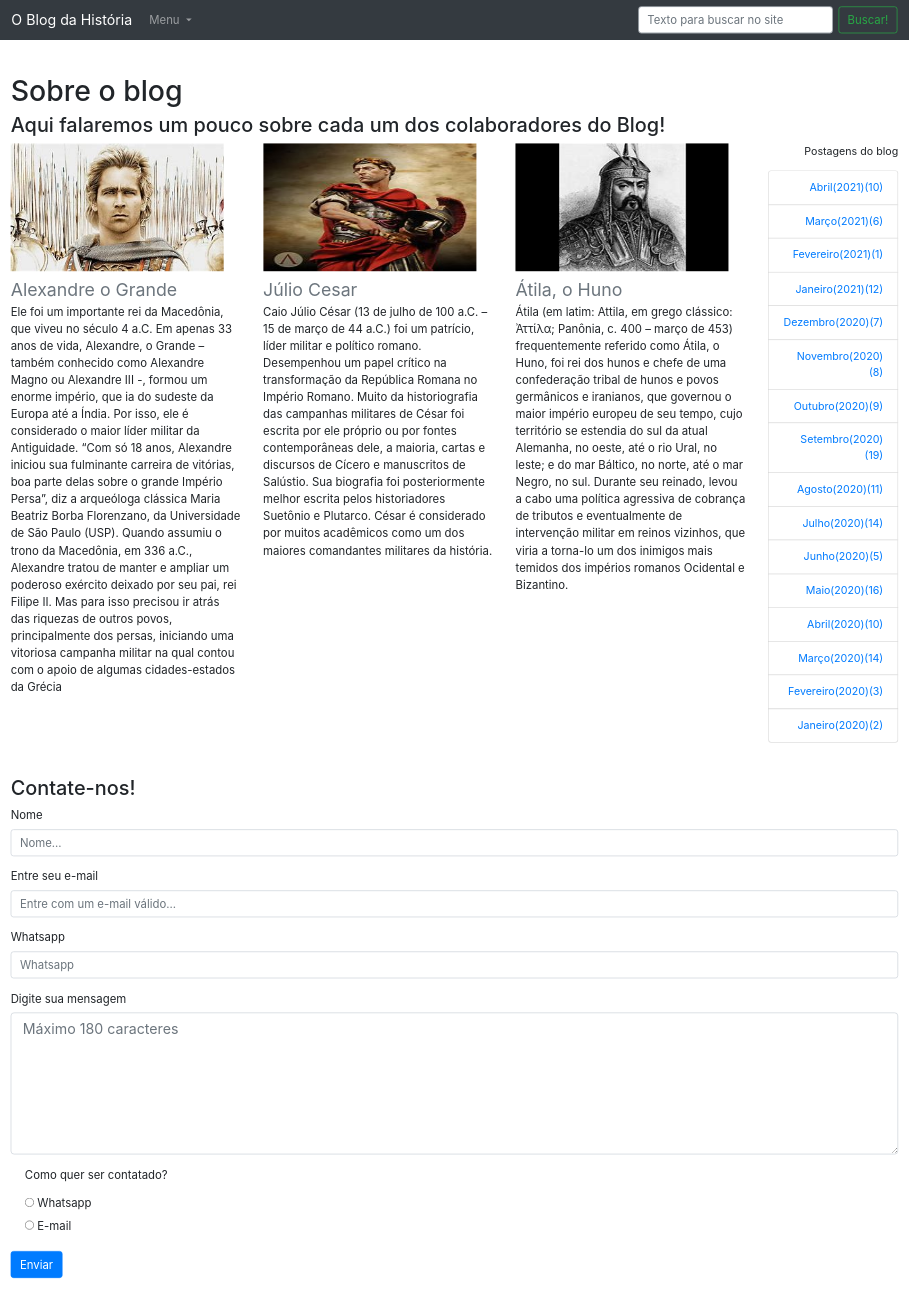
Repository: xhenrique/blog_layout_bootstrap
Page: source/sobre.html
These files come from the project's save history. The page is drawn as it stood at one moment and after the next save; the edit follows.
The browser window is 1280 px wide. The pictures show the whole page, at 71% of full size.

Above is the page before, as saved 2021-04-25 01:49:44.

### source/sobre.html
<!DOCTYPE html>
<html lang="pt-br">
  <head>
    <!-- Meta tags Obrigatórias -->
    <meta charset="utf-8">
    <meta name="viewport" content="width=device-width, initial-scale=1, shrink-to-fit=no">

    <!-- Bootstrap CSS -->
    <link rel="stylesheet" href="https://stackpath.bootstrapcdn.com/bootstrap/4.1.3/css/bootstrap.min.css" integrity="sha384-MCw98/SFnGE8fJT3GXwEOngsV7Zt27NXFoaoApmYm81iuXoPkFOJwJ8ERdknLPMO" crossorigin="anonymous">
    <title>O Blog da História</title>
  </head>
  <body>
    <nav class="navbar navbar-expand-md navbar-dark bg-dark sticky-top">
        <a class = "navbar-brand" href="index.html">O Blog da História</a>

        <!--Especificações do que é cada um dos atributos!!!!!
            "aria-controls": define a relação entre os elementos, um elemento é pai e o outro filho, deve ser definido no pai, relacionando o filho;
            "data-target" : Define o que será exibido quando clicar na opção do menu;
            "data-toggle" : o que vai acontecer quando eu clicar em cima do botão, collapse, por exemplo, faz o botão expandir e retrair as opções;
            "aria-expanded" : Flag para o navegador informando que o elemento não está expandido;
            "aria-label" : é usado para definir uma string na tag do elemento atual.
        -->
        <button class="navbar-toggler" type="button" data-toggle="collapse" data-target="#navbarCfg" aria-controls="navbarCfg">
            <span class="navbar-toggler-icon"></span>
        </button>
        <div class="collapse navbar-collapse" id="navbarCfg">
            <ul class="navbar-nav mr-auto">
                <a class="nav-link dropdown-toggle" href="#" id="navbarDropdown" role="button" data-toggle="dropdown" aria-haspopup="true" aria-expanded="false">
                Menu
                </a>
                <div class="dropdown-menu" aria-labelledby="navbarDropdown">
                <a class="dropdown-item" href="index.html">Início</a>
                <a class="dropdown-item" href="sobre.html">Sobre</a>
                <a class="dropdown-item" href="posts.html">Postagens</a>
                <div class="dropdown-divider"></div>
                <p style="text-align: left; padding-left: 10px;"> Criado por: <br/>José Xavier<br/>UFPA - 2021</p>
                </div>
            </ul>
            <form class="form-inline my-2 my-lg-0">
            <input class="form-control mr-sm-2" type="search" placeholder="Texto para buscar no site" aria-label="Search">
            <button class="btn btn-outline-success my-2 my-sm-0" type="submit">Buscar!</button>
            </form>
        </div>
    </nav>

    <div class="container-fluid" id="sobreContainer">
        <div id="sobre_o_blog" class="text-left">
            <br/>
            <br/>
            <h1>Sobre o blog</h1>
            <h3>Aqui falaremos um pouco sobre cada um dos colaboradores do Blog!</h3>
        </div>
        <div class="row d-flex">
            <div class="col">
                <img class="figure-img" src="../img/alexandre.jpg" alt="Xandão"  style="height: 180px; width: 300px">
                <figcaption class="figure-caption" style="font-size: 25px;">
                    Alexandre o Grande
                </figcaption>
                <p>Ele foi um importante rei da Macedônia, que viveu no século 4 a.C. Em apenas 33 anos de vida, Alexandre, o Grande – também conhecido como Alexandre Magno ou Alexandre III -, formou um enorme império, que ia do sudeste da Europa até a Índia. Por isso, ele é considerado o maior líder militar da Antiguidade. “Com só 18 anos, Alexandre iniciou sua fulminante carreira de vitórias, boa parte delas sobre o grande Império Persa”, diz a arqueóloga clássica Maria Beatriz Borba Florenzano, da Universidade de São Paulo (USP). Quando assumiu o trono da Macedônia, em 336 a.C., Alexandre tratou de manter e ampliar um poderoso exército deixado por seu pai, rei Filipe II. Mas para isso precisou ir atrás das riquezas de outros povos, principalmente dos persas, iniciando uma vitoriosa campanha militar na qual contou com o apoio de algumas cidades-estados da Grécia</p>
            </div>
            <div class="col">
                <img class="figure-img" src="../img/th.jfif" alt="Melhor_do_mundo" style="height: 180px; width: 300px">
                <figcaption class="figure-caption" style="font-size: 25px;">
                    Júlio Cesar
                </figcaption>
                <p>Caio Júlio César (13 de julho de 100 a.C. – 15 de março de 44 a.C.) foi um patrício, líder militar e político romano. Desempenhou um papel crítico na transformação da República Romana no Império Romano. Muito da historiografia das campanhas militares de César foi escrita por ele próprio ou por fontes contemporâneas dele, a maioria, cartas e discursos de Cícero e manuscritos de Salústio. Sua biografia foi posteriormente melhor escrita pelos historiadores Suetônio e Plutarco. César é considerado por muitos acadêmicos como um dos maiores comandantes militares da história.</p>
            </div>
            <div class="col">
                <img class="figure-img" src="../img/atila.jpg" alt="o_huno" style="height: 180px; width: 300px">
                <figcaption class="figure-caption" style="font-size: 25px;">
                        Átila, o Huno
                </figcaption>
                <p>Átila (em latim: Attila, em grego clássico: Ἀττίλα; Panônia, c. 400 – março de 453) frequentemente referido como Átila, o Huno, foi rei dos hunos e chefe de uma confederação tribal de hunos e povos germânicos e iranianos, que governou o maior império europeu de seu tempo, cujo território se estendia do sul da atual Alemanha, no oeste, até o rio Ural, no leste; e do mar Báltico, no norte, até o mar Negro, no sul. Durante seu reinado, levou a cabo uma política agressiva de cobrança de tributos e eventualmente de intervenção militar em reinos vizinhos, que viria a torna-lo um dos inimigos mais temidos dos impérios romanos Ocidental e Bizantino.</p>
            </div>
            <div class="col-md-2">
                <div class="text-right" style="font-size: 15px;">
                    <p>Postagens do blog</p>
                    <ul class="list-group">
                        <!--Javascript provavelmente entraria aqui, iterando sobre uma lista/matriz e exibindo a quantida de postagens por mês/ano-->
                        <li class="list-group-item"><a href="">Abril(2021)(10)</a></li>
                        <li class="list-group-item"><a href="">Março(2021)(6)</a></li>
                        <li class="list-group-item"><a href="">Fevereiro(2021)(1)</a></li>
                        <li class="list-group-item"><a href="">Janeiro(2021)(12)</a></li>
                        <li class="list-group-item"><a href="">Dezembro(2020)(7)</a></li>
                        <li class="list-group-item"><a href="">Novembro(2020)(8)</a></li>
                        <li class="list-group-item"><a href="">Outubro(2020)(9)</a></li>
                        <li class="list-group-item"><a href="">Setembro(2020)(19)</a></li>
                        <li class="list-group-item"><a href="">Agosto(2020)(11)</a></li>
                        <li class="list-group-item"><a href="">Julho(2020)(14)</a></li>
                        <li class="list-group-item"><a href="">Junho(2020)(5)</a></li>
                        <li class="list-group-item"><a href="">Maio(2020)(16)</a></li>
                        <li class="list-group-item"><a href="">Abril(2020)(10)</a></li>
                        <li class="list-group-item"><a href="">Março(2020)(14)</a></li>
                        <li class="list-group-item"><a href="">Fevereiro(2020)(3)</a></li>
                        <li class="list-group-item"><a href="">Janeiro(2020)(2)</a></li>
                    </ul>
                </div>
            </div>
        </div>

        <form>
            <br/>
            <br/>

            <h3>
                Contate-nos!
            </h3>
            <div class="mb-3">
                <label for="nameInput" class="form-label">Nome</label>
                <input type="email" placeholder="Nome..." class="form-control" id="nameInput" aria-describedby="input_name" required>
            </div>
            <div class="mb-3">
                <label for="inputEmail" class="form-label">Entre seu e-mail</label>
                <input type="email" placeholder="Entre com um e-mail válido..." class="form-control" id="inputEmail" aria-describedby="emailHelp" required>
            </div>
              <div class="mb-3">
                <label for="wppInput" class="form-label">Whatsapp</label>
                <input type="text" placeholder="Whatsapp" class="form-control" id="wppInput">
              </div>
              <div class="mb-3">
                <label for="msgInput" class="form-label">Digite sua mensagem</label>
                <textarea type="text" placeholder="Máximo 180 caracteres" maxlength="180" class="form-control form-control-lg" id="msgInput" style="height: 200px;"></textarea>
              </div>
              <div class="mb-3 form-check">
                  <p>Como quer ser contatado?
                  </p>
                  <input type="radio" id="wpp" name="whatsapp" value="Whatsapp">
                  <label for="wpp">Whatsapp</label><br>
                  <input type="radio" id="e-mail" name="email" value="E-mail">
                  <label for="e-mail">E-mail</label><br>
              </div>
              <button class="btn btn-primary" type="submit" aria-label="btnSubmmit">Enviar</button>
              <br>
              <br>
              <br>
        </form>
    </div>


    <!-- JavaScript (Opcional) -->
    <!-- jQuery primeiro, depois Popper.js, depois Bootstrap JS -->
    <script src="https://code.jquery.com/jquery-3.3.1.slim.min.js" integrity="sha384-q8i/X+965DzO0rT7abK41JStQIAqVgRVzpbzo5smXKp4YfRvH+8abtTE1Pi6jizo" crossorigin="anonymous"></script>
    <script src="https://cdnjs.cloudflare.com/ajax/libs/popper.js/1.14.3/umd/popper.min.js" integrity="sha384-ZMP7rVo3mIykV+2+9J3UJ46jBk0WLaUAdn689aCwoqbBJiSnjAK/l8WvCWPIPm49" crossorigin="anonymous"></script>
    <script src="https://stackpath.bootstrapcdn.com/bootstrap/4.1.3/js/bootstrap.min.js" integrity="sha384-ChfqqxuZUCnJSK3+MXmPNIyE6ZbWh2IMqE241rYiqJxyMiZ6OW/JmZQ5stwEULTy" crossorigin="anonymous"></script>
  </body>
</html>

After the next save:
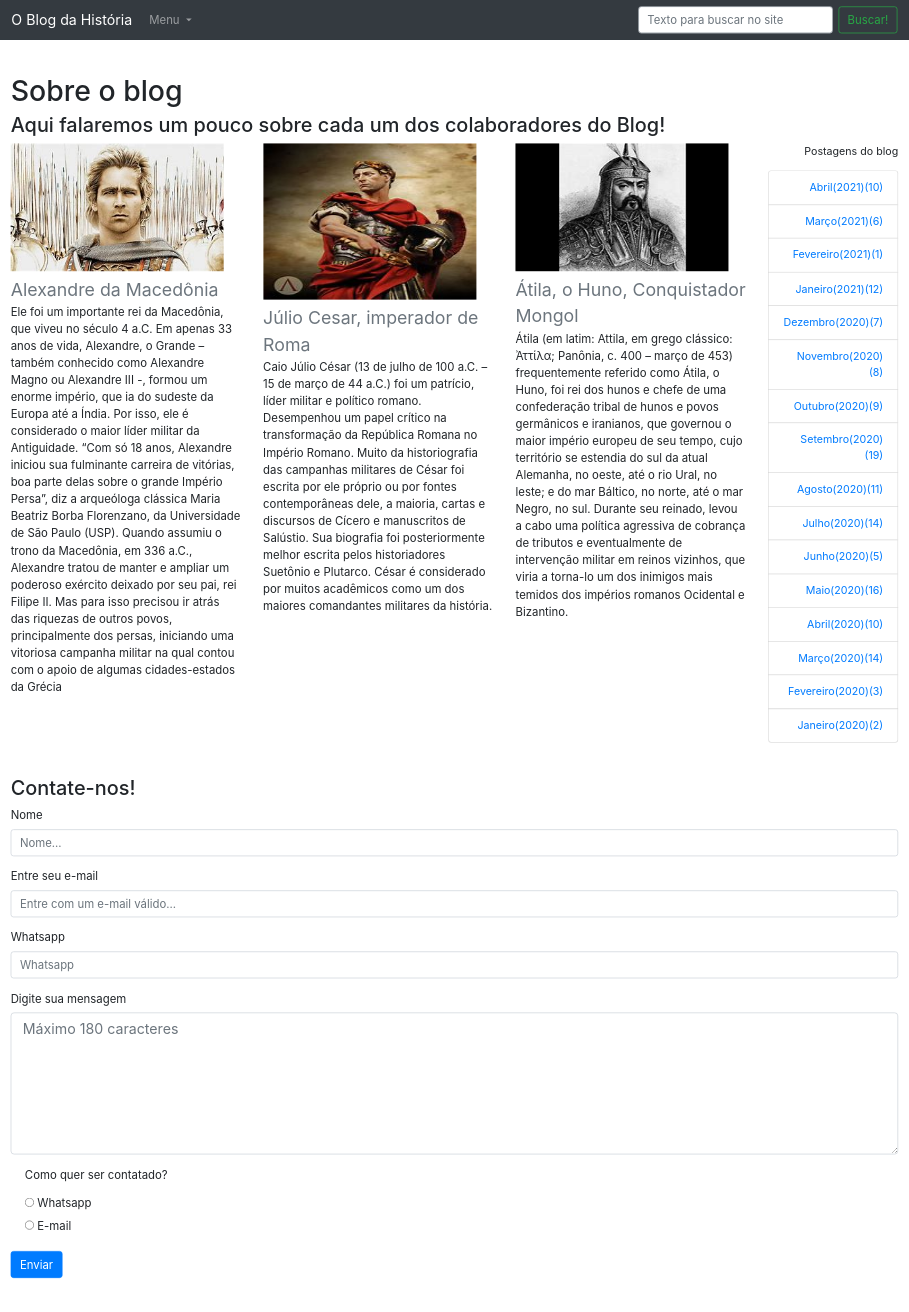
Saved 64 min 47 s later.
--- a/source/sobre.html
+++ b/source/sobre.html
@@ -54,21 +54,21 @@
             <div class="col">
                 <img class="figure-img" src="../img/alexandre.jpg" alt="Xandão"  style="height: 180px; width: 300px">
                 <figcaption class="figure-caption" style="font-size: 25px;">
-                    Alexandre o Grande
+                    Alexandre da Macedônia
                 </figcaption>
                 <p>Ele foi um importante rei da Macedônia, que viveu no século 4 a.C. Em apenas 33 anos de vida, Alexandre, o Grande – também conhecido como Alexandre Magno ou Alexandre III -, formou um enorme império, que ia do sudeste da Europa até a Índia. Por isso, ele é considerado o maior líder militar da Antiguidade. “Com só 18 anos, Alexandre iniciou sua fulminante carreira de vitórias, boa parte delas sobre o grande Império Persa”, diz a arqueóloga clássica Maria Beatriz Borba Florenzano, da Universidade de São Paulo (USP). Quando assumiu o trono da Macedônia, em 336 a.C., Alexandre tratou de manter e ampliar um poderoso exército deixado por seu pai, rei Filipe II. Mas para isso precisou ir atrás das riquezas de outros povos, principalmente dos persas, iniciando uma vitoriosa campanha militar na qual contou com o apoio de algumas cidades-estados da Grécia</p>
             </div>
             <div class="col">
-                <img class="figure-img" src="../img/th.jfif" alt="Melhor_do_mundo" style="height: 180px; width: 300px">
+                <img class="figure-img" src="../img/th.jfif" alt="imperador" style="height: 220px; width: 300px">
                 <figcaption class="figure-caption" style="font-size: 25px;">
-                    Júlio Cesar
+                    Júlio Cesar, imperador de Roma
                 </figcaption>
                 <p>Caio Júlio César (13 de julho de 100 a.C. – 15 de março de 44 a.C.) foi um patrício, líder militar e político romano. Desempenhou um papel crítico na transformação da República Romana no Império Romano. Muito da historiografia das campanhas militares de César foi escrita por ele próprio ou por fontes contemporâneas dele, a maioria, cartas e discursos de Cícero e manuscritos de Salústio. Sua biografia foi posteriormente melhor escrita pelos historiadores Suetônio e Plutarco. César é considerado por muitos acadêmicos como um dos maiores comandantes militares da história.</p>
             </div>
             <div class="col">
                 <img class="figure-img" src="../img/atila.jpg" alt="o_huno" style="height: 180px; width: 300px">
                 <figcaption class="figure-caption" style="font-size: 25px;">
-                        Átila, o Huno
+                        Átila, o Huno, Conquistador Mongol
                 </figcaption>
                 <p>Átila (em latim: Attila, em grego clássico: Ἀττίλα; Panônia, c. 400 – março de 453) frequentemente referido como Átila, o Huno, foi rei dos hunos e chefe de uma confederação tribal de hunos e povos germânicos e iranianos, que governou o maior império europeu de seu tempo, cujo território se estendia do sul da atual Alemanha, no oeste, até o rio Ural, no leste; e do mar Báltico, no norte, até o mar Negro, no sul. Durante seu reinado, levou a cabo uma política agressiva de cobrança de tributos e eventualmente de intervenção militar em reinos vizinhos, que viria a torna-lo um dos inimigos mais temidos dos impérios romanos Ocidental e Bizantino.</p>
             </div>
